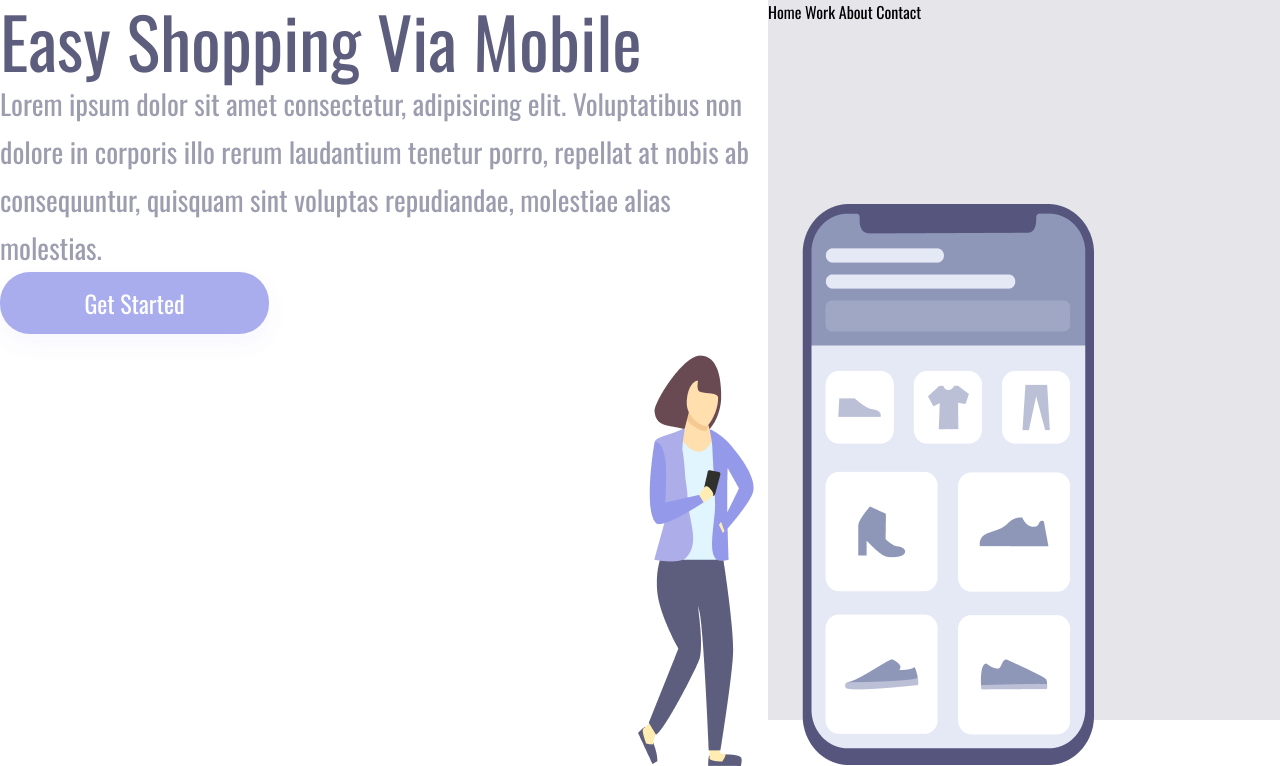
Repository: DihOliver/Projeto-Responsivo
Page: index.html
These files come from the project's save history. The page is drawn as it stood at one moment and after the next save; the edit follows.
The browser window is 1280 px wide. The pictures show the whole page.
The first visible `button` is being pressed.
Some web fonts or font styles are not loaded; a fallback is used.

Above is the page before, as saved 2023-06-06 22:31:34.

After the next save:
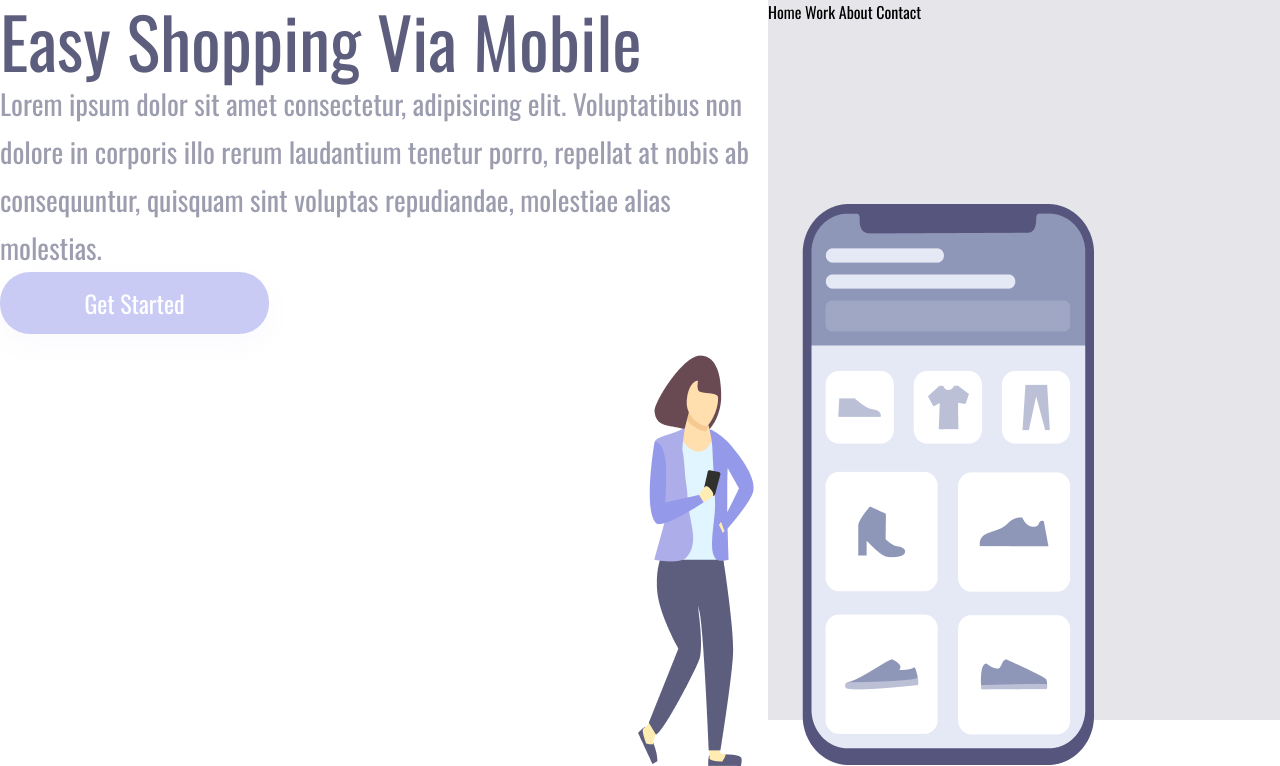
Saved 46 s later.
--- a/styles.css
+++ b/styles.css
@@ -63,3 +63,7 @@ button {
     button:hover {
         opacity: .8;
     }
+
+    button:active {
+        opacity: .5;
+    }
